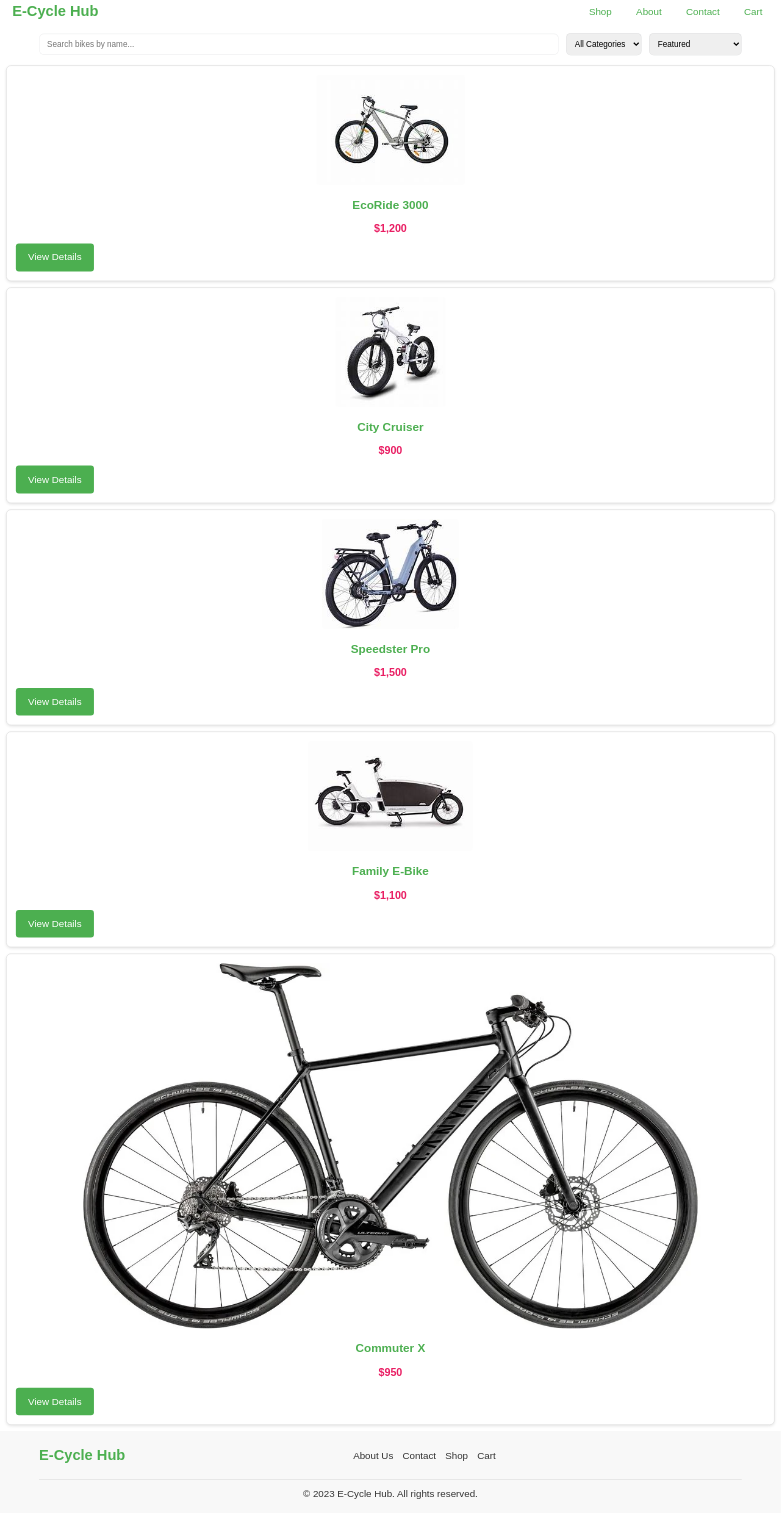
Repository: Rutuja-g/E-Cycle-Hub
Page: public/products.html
An editor plug-in stored every save of this project. The page is shown before and after the next save, followed by the edit.
The browser window is 1280 px wide. The pictures show the whole page, at 61% of full size.

Above is the page before, as saved 2025-10-24 15:37:55.
Console error: SyntaxError: Unexpected token 'export'

After the next save:
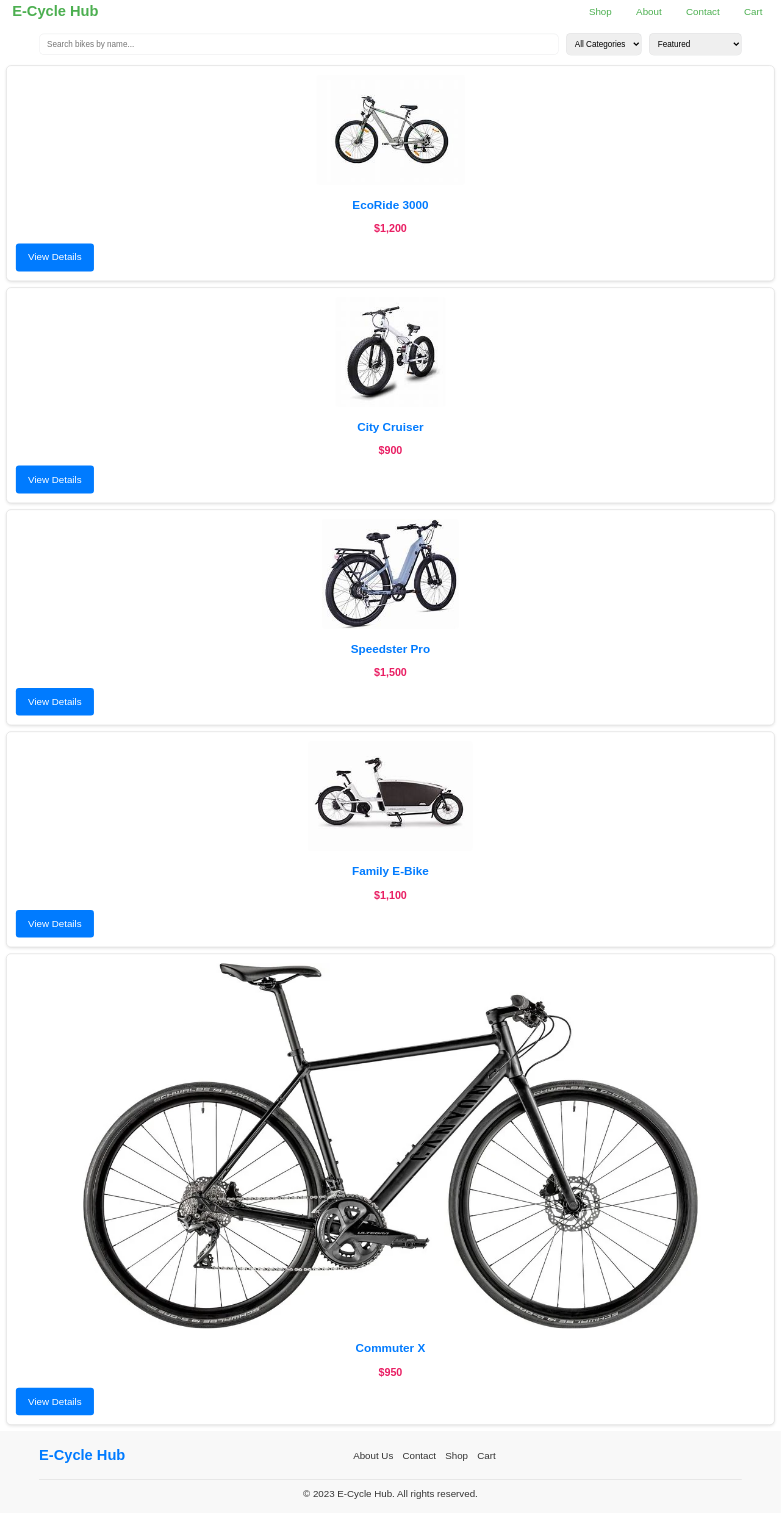
Saved 3 min 36 s later.
--- a/public/css/variables.css
+++ b/public/css/variables.css
@@ -1,12 +1,15 @@
 :root {
-    --primary-color: #4CAF50; /* Green */
-    --secondary-color: #FF5722; /* Deep Orange */
-    --background-color: #F5F5F5; /* Light Grey */
-    --text-color: #333; /* Dark Text */
-    --font-family: 'Arial', sans-serif; /* Default Font */
-    --font-size-base: 16px; /* Base Font Size */
-    --font-size-large: 1.25rem; /* Large Font Size */
-    --font-size-small: 0.875rem; /* Small Font Size */
-    --border-radius: 5px; /* Border Radius for Buttons */
-    --box-shadow: 0 2px 5px rgba(0, 0, 0, 0.1); /* Box Shadow */
+  --primary-color: #007bff; /* Electric Blue */
+  --secondary-color: #0056b3; /* Darker Blue for hover */
+  --background-color: #ffffff; /* White */
+  --text-color: #333333; /* Dark Gray */
+  --muted: #6c757d; /* Muted text */
+  --font-family: "Poppins", sans-serif; /* Modern Font */
+  --font-size-base: 16px; /* Base Font Size */
+  --font-size-large: 1.25rem; /* Large Font Size */
+  --font-size-small: 0.875rem; /* Small Font Size */
+  --border-radius: 10px; /* Rounded Corners */
+  --box-shadow: 0 4px 8px rgba(0, 0, 0, 0.1); /* Subtle Box Shadow */
+  --box-shadow-hover: 0 6px 12px rgba(0, 0, 0, 0.15); /* Hover Shadow */
+  --transition: all 0.3s ease; /* Smooth Transitions */
 }
